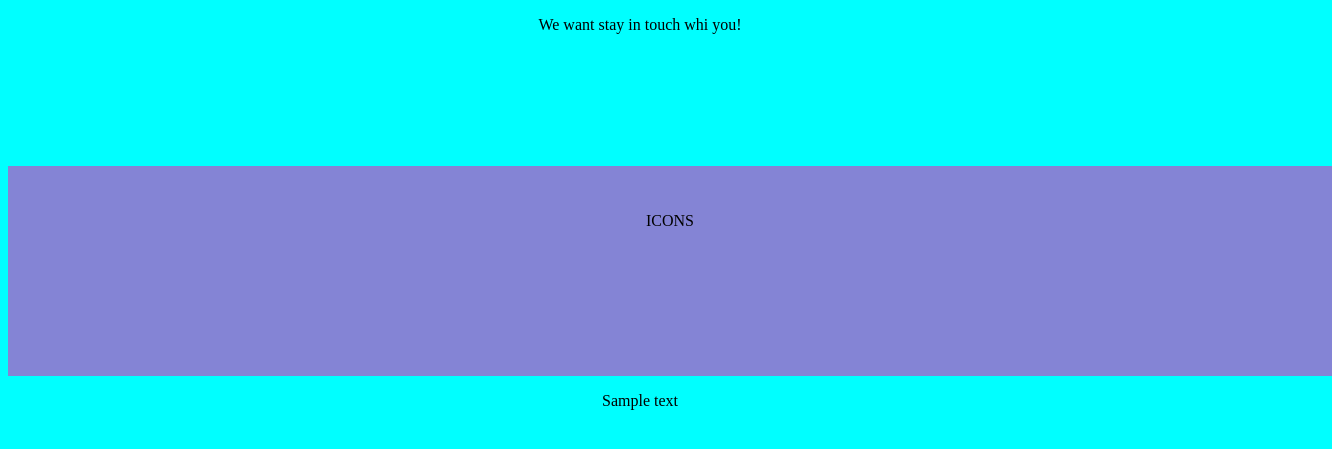
Repository: JhonMercedes/profile
Page: index.html
These files come from the project's save history. The page is drawn as it stood at one moment and after the next save; the edit follows.
The browser window is 1280 px wide. The page is 1332 px wide, so the pictures cover 1332 px, including what lies to the right of the window. The pictures show the whole page.

Above is the page before, as saved 2021-12-08 02:05:46.

After the next save:
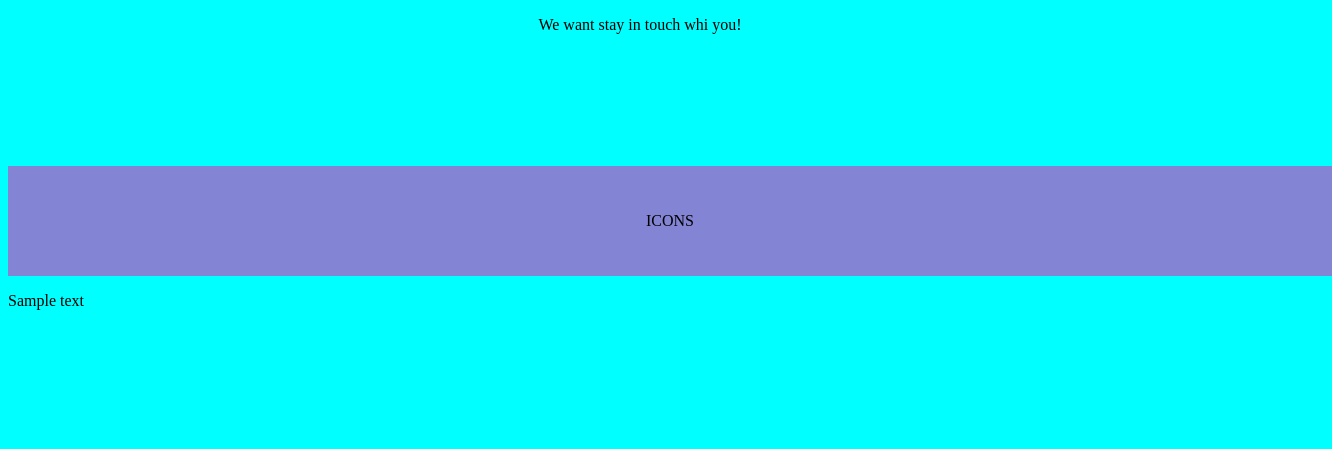
Saved 7 s later.
--- a/style.css
+++ b/style.css
@@ -2,7 +2,7 @@
     background: aqua;
 }
 
-.container, .container2, .container3 {
+.container {
     width: 100%;
     height: 150px;
     text-align: center;
